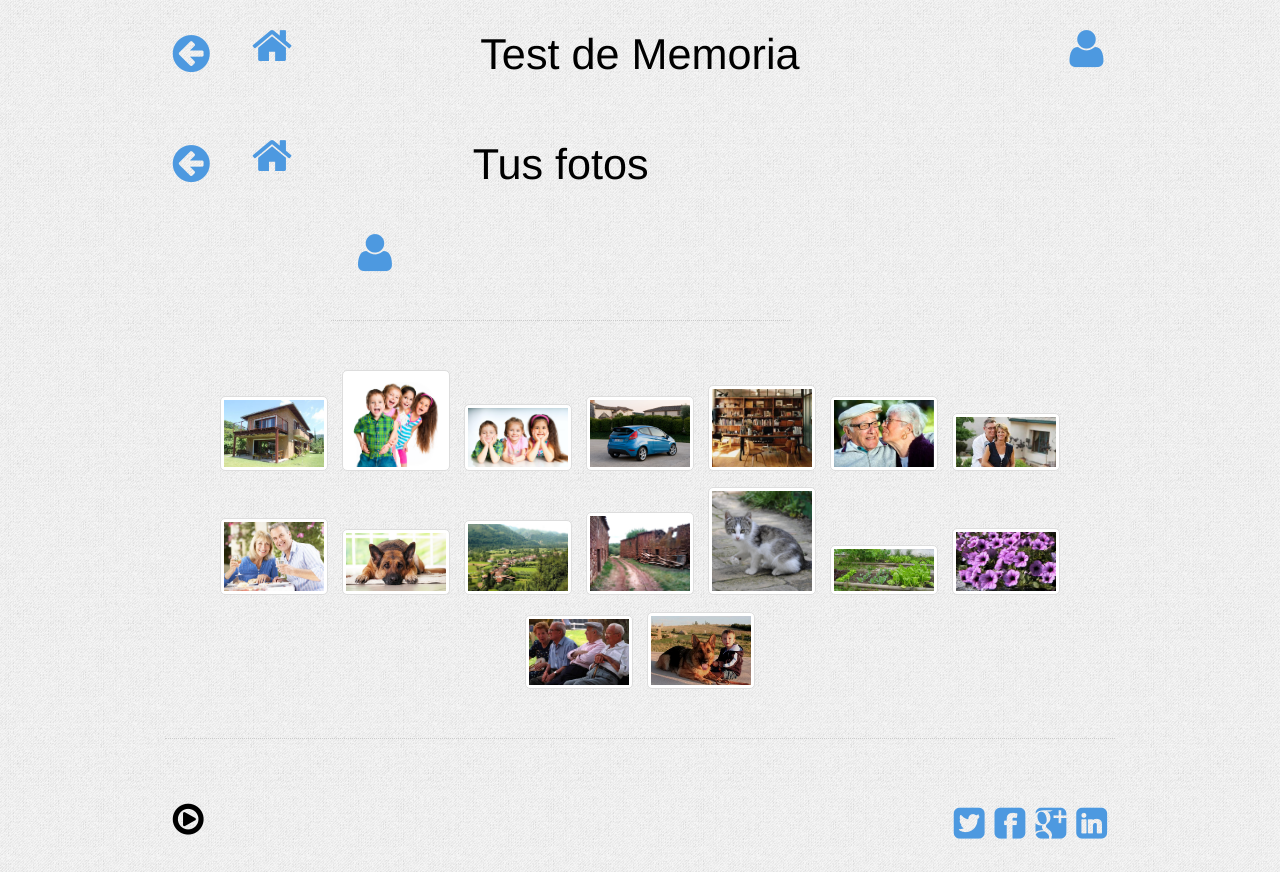
Repository: SCeruso/RememberMe
Page: presentacion_imagenes.html
The author's editor kept a record of every edit. The page is drawn from the files as they stood at one moment, then again after the next edit.
The browser window is 1280 px wide. The pictures show the whole page.
Some web libraries are served in a nearby version.

Above is the page before.

### presentacion_imagenes.html
<!DOCTYPE html>
<html>
<head>
	<!-- META -->
	<title>HTML KickStart Elements</title>
	<meta charset="UTF-8">
	<meta name="viewport" content="width=device-width, initial-scale=1.0"/>
	<meta name="description" content="" />

	<!-- CSS -->
	<link rel="stylesheet" type="text/css" href="css/kickstart.css" media="all" />
	<link rel="stylesheet" type="text/css" href="style.css" media="all" />

	<!-- Javascript -->
	<script type="text/javascript" src="https://ajax.googleapis.com/ajax/libs/jquery/1.9.1/jquery.min.js"></script>
	<script type="text/javascript" src="js/kickstart.js"></script>

</head>
<body>
<div class="grid">
	<div class="col_12">
		<div class="col_1">
        <h2 class="left">
               <a href="tusimagenes.html">
                  <i class="icon-circle-arrow-left"></i>
                </a>
        </h2>
        </div>
        <div class="col_2">
        <h2 class="left">
                <a href="juegosde.html">
                    <i class="icon-home pull-left"></i>
                </a>
        </div>
        </h2>
        <div class="col_6">
        <h2 class="center">
               <p>Test de Memoria</p>
        </h2></div>
        <h2>
        		<a href = "perfil.html">
               <i class="icon-user icon-border pull-right" title="Mi perfil"></i>
		</a>
		</h2>
		<br>
    </div>





    <div class="col_12">
    	<div class="col_1">
    	 <h2 class="left">
               <a href="tusimagenes.html">
                  <i class="icon-circle-arrow-left"></i>
                </a>
        </h2></div>
        <div class="col_1">
        <h2 class="left">
                <a href="juegosde.html">
                    <i class="icon-home pull-left"></i>
                </a>
        </h2></div>
		<div class="col_6">
            <h2 class="center">
        	        <p>Tus fotos</p>
        	</h2>
        <div class="col_2">
        <h2>
      	<a href = "perfil.html">
        	<i class="icon-user icon-border pull-right"></i>
		</a>
		</h2></div>
		<hr/>
	</div>

	<div class="col_12">
      <div class="gallery center">

		<a href="Galeria/micasa.jpg"><img src="Galeria/micasa.jpg" width="100" height="100" /></a>
		<a href="Galeria/nietos1.jpg"><img src="Galeria/nietos1.jpg" width="100" height="100" /></a>
		<a href="Galeria/nietos2.jpg"><img src="Galeria/nietos2.jpg" width="100" height="100" /></a>
		<a href="Galeria/micoche.jpg"><img src="Galeria/micoche.jpg" width="100" height="100" /></a>
		<a href="Galeria/oficina.jpg"><img src="Galeria/oficina.jpg" width="100" height="100" /></a>
		<a href="Galeria/pareja.jpg"><img src="Galeria/pareja.jpg" width="100" height="100" /></a>
		<a href="Galeria/descarga.jpg"><img src="Galeria/descarga.jpg" width="100" height="100" /></a>
		<a href="Galeria/sonrisa.jpg"><img src="Galeria/sonrisa.jpg" width="100" height="100" /></a>
		<a href="Galeria/perro.jpg"><img src="Galeria/perro.jpg" width="100" height="100" /></a>
		<a href="Galeria/pueblo.jpg"><img src="Galeria/pueblo.jpg" width="100" height="100" /></a>
		<a href="Galeria/pueblo2.jpg"><img src="Galeria/pueblo2.jpg" width="100" height="100" /></a>
		<a href="Galeria/gato.jpg"><img src="Galeria/gato.jpg" width="100" height="100" /></a>
		<a href="Galeria/huerta.jpg"><img src="Galeria/huerta.jpg" width="100" height="100" /></a>
		<a href="Galeria/floreslilas.jpg"><img src="Galeria/floreslilas.jpg" width="100" height="100" /></a>
		<a href="Galeria/ancianos1.jpg"><img src="Galeria/ancianos1.jpg" width="100" height="100" /></a>
		<a href="Galeria/perro2.jpg"><img src="Galeria/perro2.jpg" width="100" height="100" /></a>
		</div>

	</div>

    <hr />
    <div class="col_12">
    </div>
    <div class="col_12">
        <h3 class="right">
            <a href = "http://www.twitter.com" target = "blank"><i class="icon-twitter-sign"></i></a>
            <a href = "http://www.facebook.com" target = "blank"><i class="icon-facebook-sign"></i></a>
            <a href = "http://www.google.com" target = "blank"><i class="icon-google-plus-sign"></i></a>
            <a href = "http://www.linkedin.com" target = "blank"><i class="icon-linkedin-sign"></i></a>

	    <i class=" icon-play-circle pull-left"></i>
        </h3>
    </div>
</div> <!-- End Grid -->
</body>
</html>

### style.css
/*
	99Lime.com HTML KickStart by Joshua Gatcke
	style.css

*/

/*---------------------------------
	IMPORTS
-----------------------------------*/
@import url(http://fonts.googleapis.com/css?family=Arimo:400,700);

/*---------------------------------
	OVERRIDES
-----------------------------------*/
h1,h2,h3,h4,h5,h6{
font-family: "Arimo", arial, verdana, sans-serif;
font-weight:normal;
}

thead th,
tbody th{
font-family: "Arimo", arial, verdana, sans-serif;
}

button,
a.btn,
input[type="submit"],
input[type="reset"],
input[type="button"]{
font-family: "Arimo", arial, verdana, sans-serif;
}

.menu{
font-family: "Arimo", arial, verdana, sans-serif;
}

blockquote{
font-family: "Arimo", arial, verdana, sans-serif;
}

/*---------------------------------
	LAYOUT
-----------------------------------*/
body{
margin:0;
padding:0 0 0 0;
color:#000;
/*background-repeat:repeat;*/
background:#efefef url(css/img/gray_jean.png);
/*background-size:cover;*/
/*background-image:url(css/img/gray_jean.png);*/
font:normal 0.9em/150% 'Arimo', arial, verdana, sans-serif;
text-shadow: 0 0 1px transparent; /* google font pixelation fix */
}

#wrap{
width:100%;
background:#fff;
margin:30px auto 30px auto;
padding:0 2%;
border:1px solid #ccc;
}


#footer{
text-align:center;
padding:20px;
margin:0;
border-top:1px solid #ddd;
color:#999;
font-size:0.8em;
text-shadow:0px 1px 1px #fff;
position: relative;
top:0;
left:0;
background:#fff;
}

	#link-top{
	display:none;
	}

/* NAV BAR*/
.navbar{
position:fixed;
top:0;
left:0;
width: 100%;
background:#000;
color:#fff;
z-index:1000;
}

	.navbar #logo{
	position:absolute;
	top:0;
	right:0;
	padding:0.5em 1em;
	font-size: 1.7em;
	color:#efefef;
	text-decoration:none;
	}

	.navbar span{
	color:#86dc00;
	}


	.navbar ul{
	display:inline-block;
	margin:0;
	padding:0;
	}

		.navbar li{
		margin:0;
		padding:0;
		list-style-type:0;
		display:inline-block;
		}

		.navbar li a{
		display:inline-block;
		color:#efefef;
		padding:1em 1.3em;
		text-decoration:none;
		text-transform: uppercase;
		line-height:100%;
		font-size: 1.2em;
		}

.callout{
background:#4598ef;/*#86dc00;*/
padding:3em 0;
color:#fff;
box-shadow:inset 0 0 10px rgba(0,0,0,0.2);
text-align: center;
text-shadow:0px 1px 3px rgba(0,0,0,0.2);
display:block;
}
	.callout + div.grid{margin-top:50px;}
	 a.callout{cursor:pointer;}
	 .callout i.icon-4x{font-size:6em;}
	 .callout h4{margin-bottom:30px;}
	 .callout-top{margin:50px 0 0 0;}
	 .callout p{margin-bottom:0;}
	 .callout .button{margin-top:10px;}
	 .callout.green{background:#19ad0b;/*#86dc00;*/}

#mc_embed_signup{
padding:30px 0;
}

#ui-preview{
border:5px solid #ddd;
margin:30px 0;
display:block;
}

### css/kickstart-forms.css
/*---------------------------------
	FORMS
-----------------------------------*/
form{
padding:0;
margin:0;
}

fieldset{
margin:30px 0 20px 0;
padding:5px 15px 15px 15px;
border:1px solid #ccc;
background:#f5f5f5;
-moz-border-radius:5px;
-webkit-border-radius:5px;
border-radius:5px;
position: relative;
top:0;
left:0;
}

	legend{
	-moz-border-radius:5px;
	-webkit-border-radius:5px;
	border-radius:5px;
	border:1px solid #ccc;
	background:#f5f5f5;
	padding:2px 10px;
	margin:0 0 0 0;
	display:block;
	position: relative;
	top:0;
	left:0;
	}

	/*IE ONLY - I know, this is a stop gap*/
	.msie fieldset{padding-top:25px;}
	.msie legend{position:absolute;top:-0.7em;left:10px;}

label{
display:inline-block;
*display:inline;
vertical-align: middle;
margin:0;
padding:0;
position:relative;
top:0;
left:0;
zoom:1;
-moz-box-sizing: border-box;
-webkit-box-sizing: border-box;
box-sizing: border-box;
}

	label.inline{
	display:inline;
	margin:0;
	}

	label span{
	color:#999;
	font-size:0.9em;
	}

	label span.right{
	position:absolute;
	bottom:0;
	right:0;
	text-align:right;
	display:inline-block;
	*display:inline;
	}

	label.disabled{
	color:#ccc;
	}

input{
display:inline-block;
*display:inline;
vertical-align: middle;
width:auto;
zoom:1;
margin:0;
border:1px solid #ccc;
font-size:1em;
padding:5px 0;
text-indent: 5px;
-moz-border-radius:5px;
-webkit-border-radius:5px;
border-radius:5px;
background:#fff;
-moz-box-shadow:inset 0 0 6px #ccc;
-webkit-box-shadow:inset 0 1px 6px #ccc;
box-shadow:inset 0 1px 6px #ccc;
-moz-box-sizing: border-box;
-webkit-box-sizing: border-box;
box-sizing: border-box;
}

	input::-webkit-input-placeholder,
	input:-moz-placeholder,
	.placeholder{
	color:#bbb;
	}

	input::-moz-focus-inner {border:0;}

	input[disabled="disabled"], input.disabled{
	color:#999;
	background:#f5f5f5;
	-moz-box-shadow:inset 0 0 2px #ddd;
	-webkit-box-shadow:inset 0 1px 2px #ddd;
	box-shadow:inset 0 1px 2px #ddd;
	}

	/* FOCUS STATES */
	input[type="text"]:focus,
	textarea:focus,
	button:focus,
	a.button:focus,
	select:focus,
	input[type="file"]:focus,
	input[type="password"]:focus{
	-webkit-box-shadow: 0 0 7px #6DB9FF;
	-moz-box-shadow   : 0 0 7px #6DB9FF;
	box-shadow        : 0 0 7px #6DB9FF;
	border: 1px solid #50B1FE;
	outline: none;
	}

	/* TRANSITION */
	input[type="text"],
	textarea,
	button,
	a.button,
	a,
	input[type="file"]{
	-moz-transition: -moz-box-shadow 0.5s, border 0.5s, background 0.5s;
	-webkit-transition: -webkit-box-shadow 0.5s, border 0.5s, background 0.5s;
	-o-transition:  box-shadow 0.5s, border 0.5s, background 0.5s;
	transition: box-shadow 0.5s, border 0.5s, background 0.5s;
	}

input.checkbox,
input[type="checkbox"]{
display:inline;
width:auto;
margin:0;
padding:0;
border:0;
background:none;
vertical-align:center;
*vertical-align: top;
}

input.radio,
input[type="radio"]{
display:inline;
width:auto;
margin:0;
padding:0;
border:0;
background:none;
vertical-align:center;
*vertical-align: top;
}

	input[type="radio"]:focus,
	input[ type="checkbox"]:focus{
	-webkit-box-shadow: 0 0 5px #6DB9FF;
	-moz-box-shadow   : 0 0 5px #6DB9FF;
	box-shadow        : 0 0 5px #6DB9FF;
	outline-color: #6DB9FF;
	}

input.file,
input[type="file"]{
/*font-size:0.8em;*/
-moz-box-shadow:none;
-webkit-box-shadow:none;
box-shadow:none;
border:none;
}

select{
display:inline;
width:auto;
margin:0;
border:1px solid #ccc;
line-height:100%;
padding:3px;
vertical-align: middle;
}

        select[disabled="disabled"], select.disabled{
        color:#999;
        background:#f5f5f5;
        -moz-box-shadow:inset 0 0 2px #ddd;
        -webkit-box-shadow:inset 0 1px 2px #ddd;
        box-shadow:inset 0 1px 2px #ddd;
        }

textarea{
width:auto;
height:200px;
margin:0;
border:1px solid #ccc;
padding:5px;
vertical-align: middle;
font-family:inherit;
font-size:0.9em;
-moz-border-radius:5px;
-webkit-border-radius:5px;
border-radius:5px;
-moz-box-shadow:inset 0 0 6px #ccc;
-webkit-box-shadow:inset 0 1px 6px #ccc;
box-shadow:inset 0 1px 6px #ccc;
-moz-box-sizing: border-box;
-webkit-box-sizing: border-box;
box-sizing: border-box;
}

/*---------------------------------
	COLUMN SIZES
-----------------------------------*/

/* sizes */
input[class*="col_"],
select[class*="col_"],
label[class*="col_"]{
float:none;display:inline-block;*display:inline;margin-bottom:0;
*margin-left: 0.5%;*margin-right: 0.5%;/* this is for IE 7 Only and is not a good fix - work needed here */
}

/*---------------------------------
	FORMS VERTICAL
-----------------------------------*/
form.vertical{

}

	form.vertical label{display:block;}
	form.vertical input,
	form.vertical select,
	form.vertical textarea{width:100%;display:block;margin-bottom:10px;}
	form.vertical .chzn-container{display:block;margin-bottom:10px;}
	form.vertical .chzn-choices{display:block;margin-bottom:10px;}

	/* radios & checks */
	form.vertical input.checkbox,
	form.vertical input[type="checkbox"],
	form.vertical input.radio,
	form.vertical input[type="radio"],
	form.vertical label.inline{display:inline;width:auto;margin:0;}
/*---------------------------------
	FORM VALIDATION
-----------------------------------*/
label.error{color:red;}
input.error{border:1px solid red;}
select.error{border:1px solid red;}

/*---------------------------------
	NOTICES
-----------------------------------*/
.notice{
border:1px solid gold;
background:lightyellow;
padding:10px 20px 10px 40px;
margin:10px 0;
-moz-border-radius:5px;
-webkit-border-radius:5px;
border-radius:5px;
color:#DEAE00;
line-height:120%;
vertical-align: center;
text-shadow:0px 1px rgba(255,255,255,0.5);
position:relative;
top:0;
left:0;
clear:both;
}

	.notice.warning{}/*default*/
	.notice.error{border:1px solid red;background:pink;color:red;}
	.notice.success{border:1px solid green;background:lightgreen;color:green;}
	.notice i[class^='icon-']{position:absolute;top:50%;left:0.8em;margin-top:-0.6em;}
	.notice a[class^='icon-remove'],
	.notice a[class^='icon-remove']:active,
	.notice a[class^='icon-remove']:visited{font-size:12px;position:absolute;top:5px;right:5px;left:auto;color:inherit;margin-top:0;left:auto;}

### css/kickstart-grid.css
/*
	99Lime.com HTML KickStart by Joshua Gatcke
	kickstart-grids.css

	DO NOT EDIT THIS FILE unless you know what you are doing.
*/
/*---------------------------------
	GRID/COLUMNS
-----------------------------------
	tinyfluidgrid.com
	& girlfriendnyc.com
	with changes by 99Lime
-----------------------------------*/
 /*
 & Columns : 12
 & Gutter %: 20%
 & MaxWidth: 1280px
 */

.grid{
max-width:1220px;
margin:0 auto;
padding:0 2em;
}

.grid.flex{
width:100%;
max-width:100%;
padding:0 2%;
padding:2em;
}

.row{
display:block;
overflow:hidden;
clear:both;
}

*[class*="col_"].alpha{margin-left:0;}
*[class*="col_"].omega{margin-right:0;}

.col_1  { width: 6.6666666666667%; }
.col_2  { width: 15%; }
.col_3  { width: 23.333333333333%; }
.col_4  { width: 31.666666666667%; }
.col_5  { width: 40%; }
.col_6  { width: 48.333333333333%; }
.col_7  { width: 56.666666666667%; }
.col_8  { width: 65%; }
.col_9  { width: 73.333333333333%; }
.col_10 { width: 81.666666666667%; }
.col_11 { width: 90%; }
.col_12 { width: 98.333333333333%; }

*[class*="col_"]{
margin-left: 0.83333333333333%;
margin-right: 0.83333333333333%;
margin-top:0.5em;
margin-bottom:0.5em;
float: left;
display: block;
}

.grid img{
max-width: 100%;
height:auto;
}

.clear{clear:both;display:block;overflow:hidden;visibility:hidden;width:0;height:0}
.clearfix:after{clear:both;content:' ';display:block;font-size:0;line-height:0;visibility:hidden;width:0;height:0}
* html .clearfix, *:first-child+html .clearfix{zoom:1}

/* Viewable Grids
	To view your grids, add the class .visible to any grid container.
	This will add a background color so you can see the layout of your grids.
*/
*[class*="col_"].visible{
background:#eee;
border:1px dotted #ccc;
}


/*---------------------------------
	Responsive Grid Media Queries - 1280, 1024, 768, 480
	1280-1024 	- desktop (default grid)
	1024-768 	- tablet landscape
	768-480 	- tablet
	480-less 	- phone landscape & smaller
-----------------------------------*/
@media all and (min-width: 1024px) and (max-width: 1280px) {

	.grid *[class*="col_"]{}
	.grid{max-width: 1024px;}
	.show-desktop	{display:block;}
	.hide-desktop	{display:none;}
	.show-tablet	{display:none;}
	.hide-tablet	{display:block;}
	.show-phone		{display:none;}
	.hide-phone		{display:block;}

}

@media all and (min-width: 768px) and (max-width: 1024px) {

	.grid *[class*="col_"]{}
	.grid{max-width: 768px;}
	.show-desktop	{display:none;}
	.hide-desktop	{display:block;}
	.show-tablet	{display:block;}
	.hide-tablet	{display:none;}
	.show-phone		{display:none;}
	.hide-phone		{display:block;}

}


@media all and (min-width: 480px) and (max-width: 768px) {

	.grid *[class*="col_"]{
	float:none;
	width:auto;
	clear:both;
	display:block;
	}

	/* columns inside of columns */
	.grid *[class*="col_"] [class*="col_"]{
	margin-left:0;
	margin-right:0;
	width:100%;
	}

	.grid{max-width: 480px;}
	.show-desktop	{display:none;}
	.hide-desktop	{display:block;}
	.show-tablet	{display:block;}
	.hide-tablet	{display:none;}
	.show-phone		{display:none;}
	.hide-phone		{display:block;}

}

@media all and (max-width: 480px) {

	.grid *[class*="col_"]{
	float:none;
	width:auto;
	clear:both;
	display:block;
	}

	/* columns inside of columns */
	.grid *[class*="col_"] [class*="col_"]{
	margin-left:0;
	margin-right:0;
	width:100%;
	}

	.grid{max-width: 100%;/*320*/}
	.show-desktop	{display:none;}
	.hide-desktop	{display:block;}
	.show-tablet	{display:none;}
	.hide-tablet	{display:block;}
	.show-phone		{display:block;}
	.hide-phone		{display:none;}

}

### css/kickstart-slideshow.css
/*---------------------------------
	SLIDESHOW2 - Slight Fixes for the slideshow layout *needs work
-----------------------------------*/

	.slideshow{
	clear:both;
	margin:0;
	padding:0;
	width:auto;
	height:auto;
	overflow:hidden;
	}

		.slideshow li{
		list-style-type:none;
		margin:0;
		padding:0;
		float:left;
		display:block;
		}

/**
 * BxSlider v4.0 - Fully loaded, responsive content slider
 * http://bxslider.com
 *
 * Written by: Steven Wanderski, 2012
 * http://stevenwanderski.com
 * (while drinking Belgian ales and listening to jazz)
 *
 * CEO and founder of bxCreative, LTD
 * http://bxcreative.com
 */


/** RESET AND LAYOUT
===================================*/
.bx-wrapper, .bx-wrapper *{
	-webkit-box-sizing: content-box; /* Safari/Chrome, other WebKit */
  	-moz-box-sizing: content-box;    /* Firefox, other Gecko */
  	box-sizing: content-box;         /* Opera/IE 8+ */
}

.bx-wrapper {
	position: relative;
	margin: 0 0 60px;
	padding: 0;
	*zoom: 1;
}

.bx-wrapper img {
	width: 100%;
	display: block;
}

/** THEME
===================================*/

.bx-wrapper .bx-viewport {
	-moz-box-shadow: 0 0 5px #ccc;
	-webkit-box-shadow: 0 0 5px #ccc;
	box-shadow: 0 0 5px #ccc;
	border: solid #fff 5px;
	left: 0;
	background: #fff;
}

.bx-wrapper .bx-pager,
.bx-wrapper .bx-controls-auto {
	position: absolute;
	bottom: -30px;
	width: 100%;
}

/* LOADER */

.bx-wrapper .bx-loading {
	min-height: 50px;
	background: url(img/bx_loader.gif) center center no-repeat #fff;
	height: 100%;
	width: 100%;
	position: absolute;
	top: 0;
	left: 0;
	z-index: 2000;
}

/* PAGER */

.bx-wrapper .bx-pager {
	text-align: center;
	font-size: .85em;
	font-family: Arial;
	font-weight: bold;
	color: #666;
	padding-top: 20px;
}

.bx-wrapper .bx-pager .bx-pager-item,
.bx-wrapper .bx-controls-auto .bx-controls-auto-item {
	display: inline-block;
	*zoom: 1;
	*display: inline;
}

.bx-wrapper .bx-pager.bx-default-pager a {
	background: #666;
	text-indent: -9999px;
	display: block;
	width: 10px;
	height: 10px;
	margin: 0 5px;
	outline: 0;
	-moz-border-radius: 5px;
	-webkit-border-radius: 5px;
	border-radius: 5px;
}

.bx-wrapper .bx-pager.bx-default-pager a:hover,
.bx-wrapper .bx-pager.bx-default-pager a.active {
	background: #000;
}

/* DIRECTION CONTROLS (NEXT / PREV) */

.bx-wrapper .bx-prev {
	left: 10px;
	background: url(img/controls.png) no-repeat 0 -32px;
}

.bx-wrapper .bx-next {
	right: 10px;
	background: url(img/controls.png) no-repeat -43px -32px;
}

.bx-wrapper .bx-prev:hover {
	background-position: 0 0;
}

.bx-wrapper .bx-next:hover {
	background-position: -43px 0;
}

.bx-wrapper .bx-controls-direction a {
	position: absolute;
	top: 50%;
	margin-top: -16px;
	outline: 0;
	width: 32px;
	height: 32px;
	text-indent: -9999px;
	z-index: 9999;
}

.bx-wrapper .bx-controls-direction a.disabled {
	display: none;
}

/* AUTO CONTROLS (START / STOP) */

.bx-wrapper .bx-controls-auto {
	text-align: center;
}

.bx-wrapper .bx-controls-auto .bx-start {
	display: block;
	text-indent: -9999px;
	width: 10px;
	height: 11px;
	outline: 0;
	background: url(img/controls.png) -86px -11px no-repeat;
	margin: 0 3px;
}

.bx-wrapper .bx-controls-auto .bx-start:hover,
.bx-wrapper .bx-controls-auto .bx-start.active {
	background-position: -86px 0;
}

.bx-wrapper .bx-controls-auto .bx-stop {
	display: block;
	text-indent: -9999px;
	width: 9px;
	height: 11px;
	outline: 0;
	background: url(img/controls.png) -86px -44px no-repeat;
	margin: 0 3px;
}

.bx-wrapper .bx-controls-auto .bx-stop:hover,
.bx-wrapper .bx-controls-auto .bx-stop.active {
	background-position: -86px -33px;
}

/* PAGER WITH AUTO-CONTROLS HYBRID LAYOUT */

.bx-wrapper .bx-controls.bx-has-controls-auto.bx-has-pager .bx-pager {
	text-align: left;
	width: 80%;
}

.bx-wrapper .bx-controls.bx-has-controls-auto.bx-has-pager .bx-controls-auto {
	right: 0;
	width: 35px;
}

/* IMAGE CAPTIONS */

.bx-wrapper .bx-caption {
	position: absolute;
	bottom: 0;
	left: 0;
	background: #666\9;
	background: rgba(80, 80, 80, 0.75);
	width: 100%;
}

.bx-wrapper .bx-caption span {
	color: #fff;
	font-family: Arial;
	display: block;
	font-size: .85em;
	padding: 10px;
}

### css/tiptip.css
/*
	TipTip CSS - Version 1.2
	http://code.drewwilson.com/entry/tiptip-jquery-plugin
*/

#tiptip_holder { display: none; position: absolute; top: 0; left: 0; z-index: 99999; }
#tiptip_holder.tip_top { padding-bottom: 5px; }
#tiptip_holder.tip_bottom { padding-top: 5px; }
#tiptip_holder.tip_right { padding-left: 5px; }
#tiptip_holder.tip_left { padding-right: 5px; }

#tiptip_content {
font-size: 11px;
color: #fff;
text-shadow: 0 0 2px #000;
padding: 4px 8px;
border: 1px solid rgba(255,255,255,0.25);
background:#212121;
background-color: rgba(25,25,25,0.92);
background-image: -webkit-gradient(linear, 0% 0%, 0% 100%, from(transparent), to(#000));
-webkit-border-radius: 3px;
-moz-border-radius: 3px;
border-radius: 3px;
-webkit-box-shadow: 0 0 3px #555;
-moz-box-shadow: 0 0 3px #555;
box-shadow: 0 0 3px #555;
*background:#212121;
}

#tiptip_arrow, #tiptip_arrow_inner {
position: absolute;
border-color: transparent;
border-style: solid;
border-width: 6px;
height: 0;
width: 0;
}

#tiptip_holder.tip_top #tiptip_arrow {
border-top-color: #fff;
border-top-color: rgba(255,255,255,0.35);
}

#tiptip_holder.tip_bottom #tiptip_arrow {
border-bottom-color: #fff;
border-bottom-color: rgba(255,255,255,0.35);
}

#tiptip_holder.tip_right #tiptip_arrow {
border-right-color: #fff;
border-right-color: rgba(255,255,255,0.35);
}

#tiptip_holder.tip_left #tiptip_arrow {
border-left-color: #fff;
border-left-color: rgba(255,255,255,0.35);
}

#tiptip_holder.tip_top #tiptip_arrow_inner {
margin-top: -7px;
margin-left: -6px;
border-top-color: rgb(25,25,25);
border-top-color: rgba(25,25,25,0.92);
}

#tiptip_holder.tip_bottom #tiptip_arrow_inner {
margin-top: -5px;
margin-left: -6px;
border-bottom-color: rgb(25,25,25);
border-bottom-color: rgba(25,25,25,0.92);
}

#tiptip_holder.tip_right #tiptip_arrow_inner {
margin-top: -6px;
margin-left: -5px;
border-right-color: rgb(25,25,25);
border-right-color: rgba(25,25,25,0.92);
}

#tiptip_holder.tip_left #tiptip_arrow_inner {
margin-top: -6px;
margin-left: -7px;
border-left-color: rgb(25,25,25);
border-left-color: rgba(25,25,25,0.92);
}

/* Webkit Hacks  */
@media screen and (-webkit-min-device-pixel-ratio:0) {
	#tiptip_content {
		padding: 4px 8px 5px 8px;
		background-color: rgba(45,45,45,0.88);
	}
	#tiptip_holder.tip_bottom #tiptip_arrow_inner {
		border-bottom-color: rgba(45,45,45,0.88);
	}
	#tiptip_holder.tip_top #tiptip_arrow_inner {
		border-top-color: rgba(20,20,20,0.92);
	}
}

Loaded but not shown: css/jquery.fancybox-1.3.4.css (library); css/prettify.css (common file); css/fonts/fontawesome/css/font-awesome.min.css (library); js/kickstart.js (424 lines, source omitted); css/kickstart-buttons.css (369 lines, source omitted); css/kickstart.css (508 lines, source omitted); css/kickstart-menus.css (180 lines, source omitted)

After the next edit:
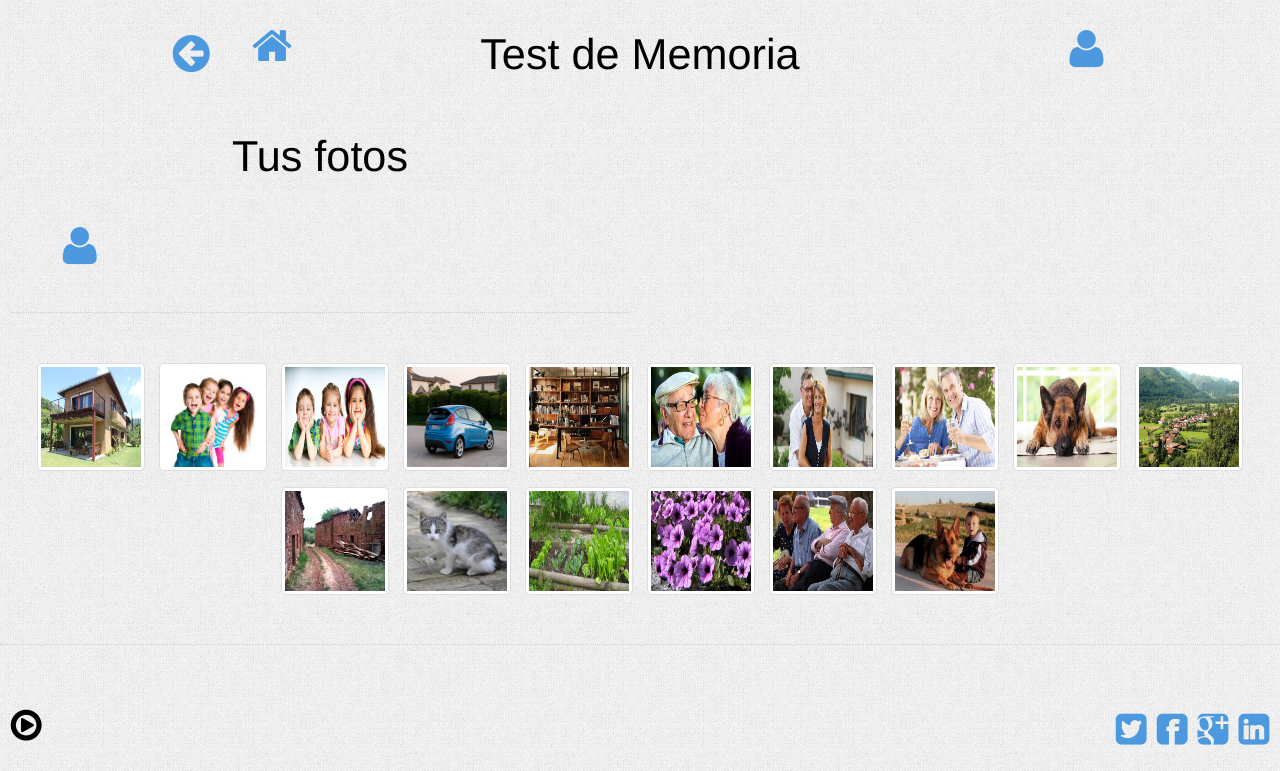
The edit:
--- a/presentacion_imagenes.html
+++ b/presentacion_imagenes.html
@@ -46,21 +46,7 @@
     </div>
 
 
-
-
-
-    <div class="col_12">
-    	<div class="col_1">
-    	 <h2 class="left">
-               <a href="tusimagenes.html">
-                  <i class="icon-circle-arrow-left"></i>
-                </a>
-        </h2></div>
-        <div class="col_1">
-        <h2 class="left">
-                <a href="juegosde.html">
-                    <i class="icon-home pull-left"></i>
-                </a>
+	            </a>
         </h2></div>
 		<div class="col_6">
             <h2 class="center">
